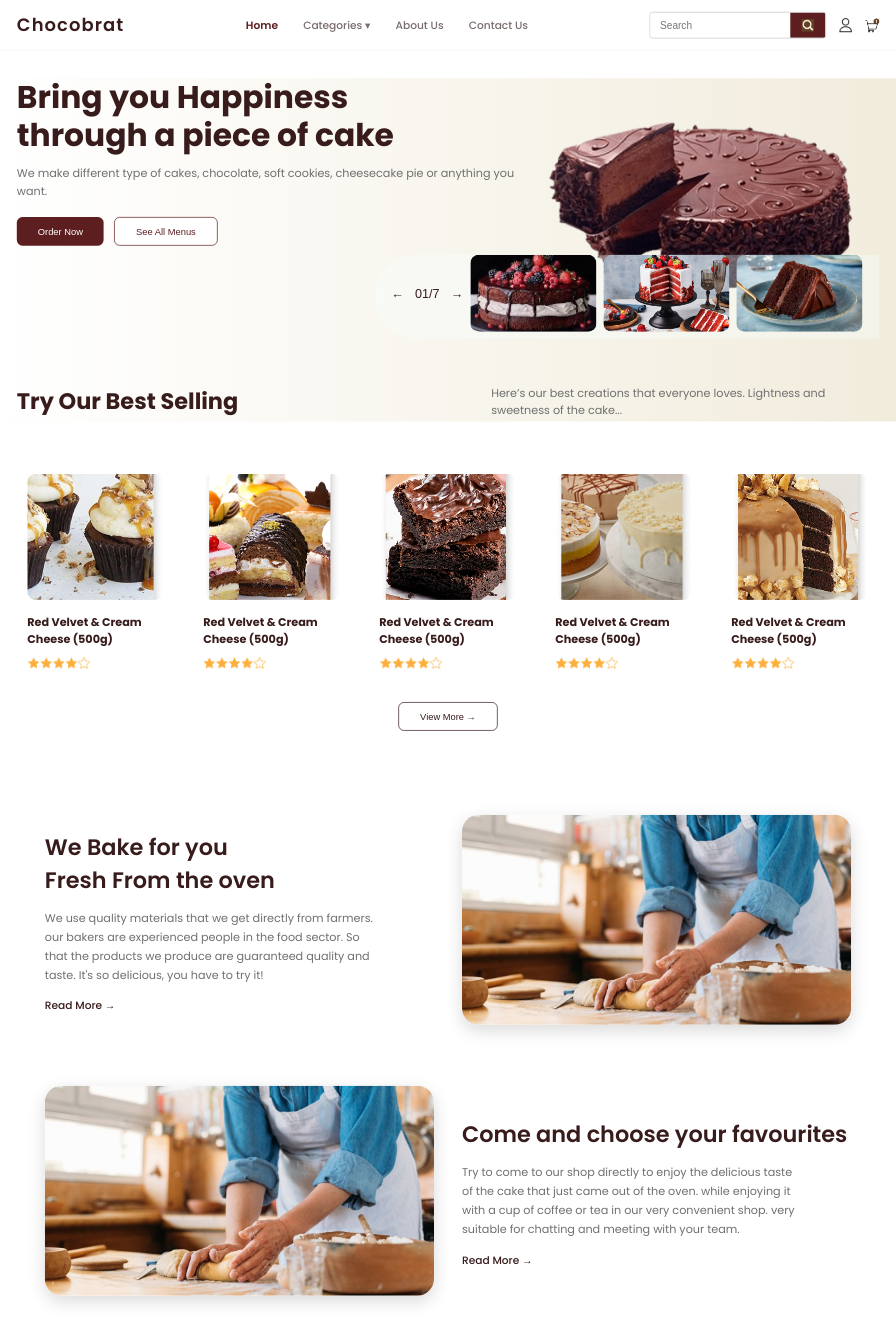
Repository: josegabrielzevallos/chocobrat-bakery-website
Page: index.html
These files come from the project's save history. The page is drawn as it stood at one moment and after the next save; the edit follows.
The browser window is 1280 px wide. The pictures show the part of the page from y = 0 to 1920 px (the page is 3127 px tall), at 70% of full size.

Above is the page before, as saved 2025-11-20 20:07:35.

After the next save:
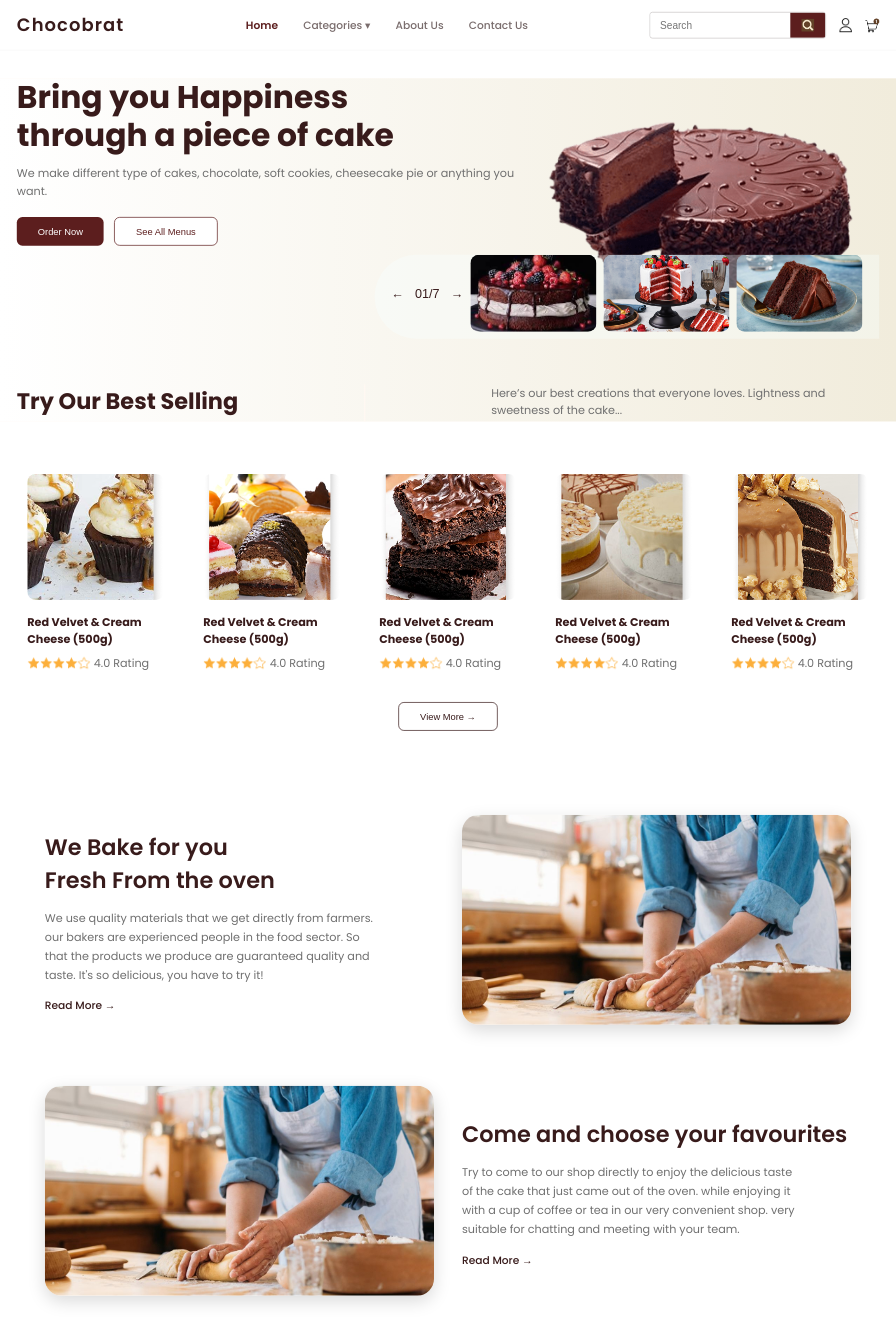
Saved 3 min 42 s later.
--- a/index.html
+++ b/index.html
@@ -108,6 +108,7 @@
                 <h3>Red Velvet & Cream Cheese (500g)</h3>
                 <div class="rating">
                     <img src="./assets/icons/ic-4of5stars.png" alt="4 of 5 stars">
+                    <span class="rating-text">4.0 Rating</span>
                 </div>
 
             </article>
@@ -118,6 +119,7 @@
                 <h3>Red Velvet & Cream Cheese (500g)</h3>
                 <div class="rating">
                     <img src="./assets/icons/ic-4of5stars.png" alt="4 of 5 stars">
+                    <span class="rating-text">4.0 Rating</span>
                 </div>
             </article>
 
@@ -127,6 +129,7 @@
                 <h3>Red Velvet & Cream Cheese (500g)</h3>
                 <div class="rating">
                     <img src="./assets/icons/ic-4of5stars.png" alt="4 of 5 stars">
+                    <span class="rating-text">4.0 Rating</span>
                 </div>
             </article>
 
@@ -136,6 +139,7 @@
                 <h3>Red Velvet & Cream Cheese (500g)</h3>
                 <div class="rating">
                     <img src="./assets/icons/ic-4of5stars.png" alt="4 of 5 stars">
+                    <span class="rating-text">4.0 Rating</span>
                 </div>
             </article>
               <!-- CARD 5 -->
@@ -144,6 +148,7 @@
                 <h3>Red Velvet & Cream Cheese (500g)</h3>
                 <div class="rating">
                     <img src="./assets/icons/ic-4of5stars.png" alt="4 of 5 stars">
+                     <span class="rating-text">4.0 Rating</span>
                 </div>
             </article>
         </div>
